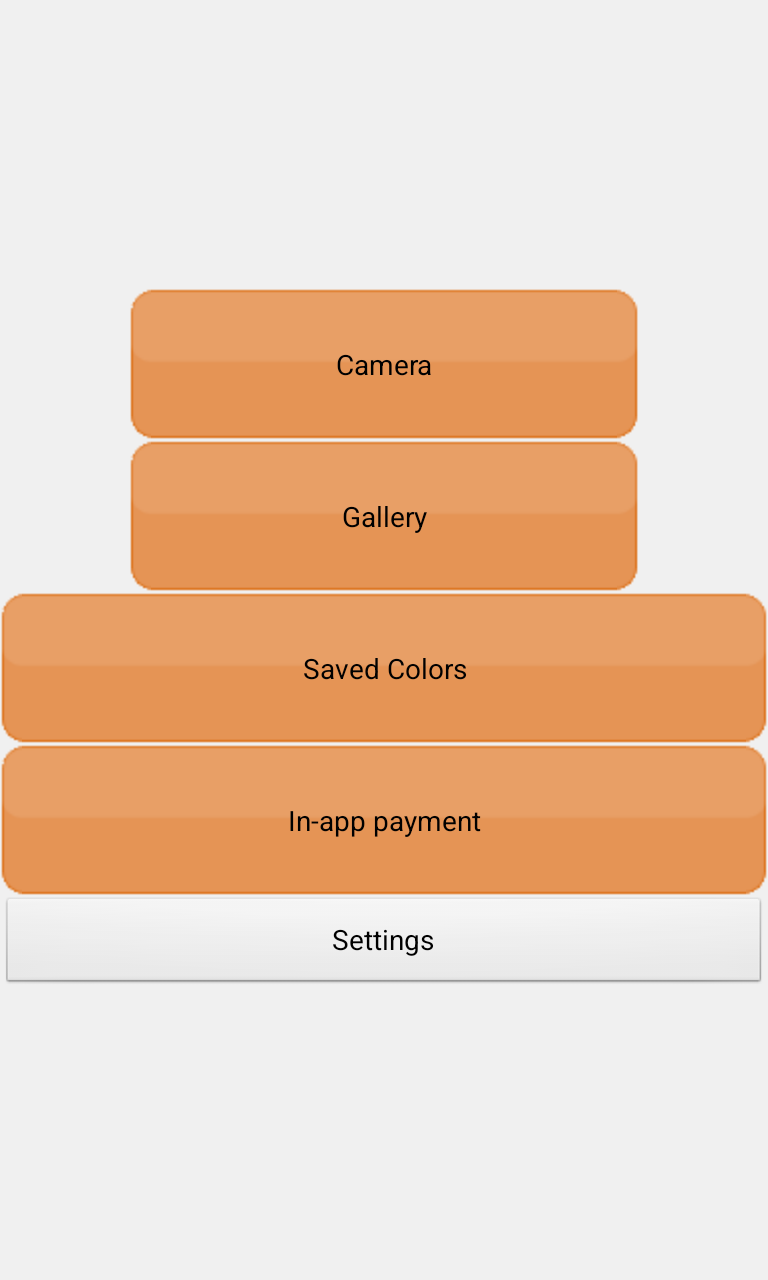
Repository: jwanglof/Rangi
Layout: client/Rangi/res/layout/mainmenu.xml
An editor plug-in stored every save of this project. The layout is shown before and after the next save, followed by the edit.
It is drawn on a 768 x 1280 px phone screen (xhdpi) without system bars, with theme android:Theme.NoTitleBar; the app's code is not run.

Above is the layout before, as saved 2012-11-01 14:27:19.

### client/Rangi/res/layout/mainmenu.xml
<?xml version="1.0" encoding="utf-8"?>
<LinearLayout xmlns:android="http://schemas.android.com/apk/res/android"
    android:layout_width="fill_parent"
    android:layout_height="fill_parent"
    android:background="#f0f0f0"
    android:gravity="center|center_vertical"
    android:orientation="vertical" >

    <Button
        android:id="@+id/camera_button"
        android:layout_width="255dp"
        android:layout_height="wrap_content"
        android:background="@drawable/button_background"
        android:gravity="center_vertical|center_horizontal|center"
        android:onClick="camera"
        android:text="@string/camera" />

    <Button
        android:id="@+id/gallery_button"
        android:layout_width="255dp"
        android:layout_height="wrap_content"
        android:background="@drawable/button_background"
        android:onClick="gallery"
        android:text="@string/gallery" />

    <Button
        android:id="@+id/saved_colors_button"
        android:layout_width="fill_parent"
        android:layout_height="wrap_content"
        android:onClick="saved_colors"
        android:text="@string/saved_colors"
        android:background="@drawable/button_background" />

    <Button
        android:id="@+id/in_app_button"
        android:layout_width="fill_parent"
        android:layout_height="wrap_content"
        android:onClick="in_app"
        android:text="@string/in_app_payment"
        android:background="@drawable/button_background" />

    <Button
        android:id="@+id/settings_button"
        android:layout_width="fill_parent"
        android:layout_height="wrap_content"
        android:onClick="settings"
        android:text="@string/settings" />

</LinearLayout>

### client/Rangi/res/values/strings.xml
<?xml version="1.0" encoding="utf-8"?>
<resources>
    <string name="camera_name">Rangi - Camera</string>
    <string name="app_name">Rangi</string>
    <string name="m_square_tool">Square</string>
    <string name="m_circle_tool">Circle</string>
    <string name="m_freehand_tool">Freehand</string>
    <string name="m_analyze_tool">Analyze</string>
    <string name="gallery">Gallery</string>
    <string name="saved_colors">Saved Colors</string>
    <string name="camera">Camera</string>
    <string name="in_app_payment">In-app payment</string>
    <string name="settings">Settings</string>

</resources>

After the next save:
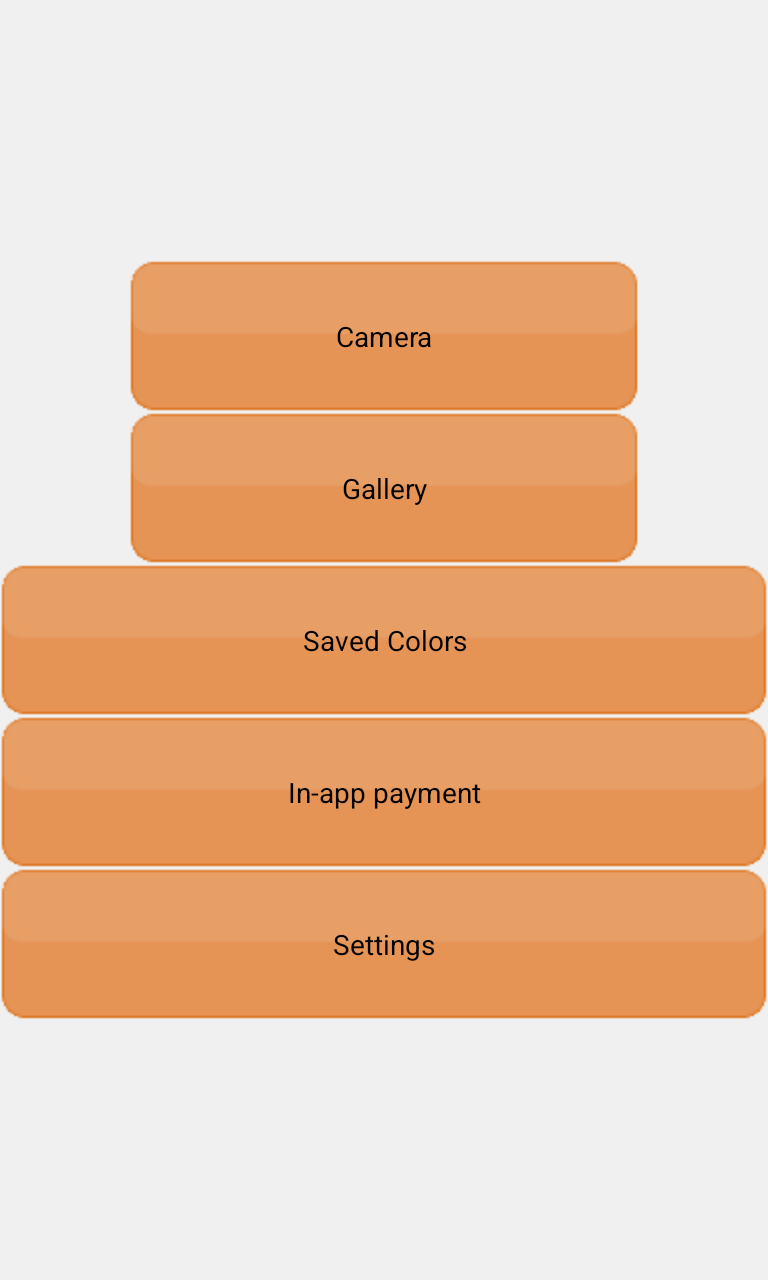
Saved 34 s later.
--- a/client/Rangi/res/layout/mainmenu.xml
+++ b/client/Rangi/res/layout/mainmenu.xml
@@ -44,6 +44,7 @@
         android:layout_width="fill_parent"
         android:layout_height="wrap_content"
         android:onClick="settings"
-        android:text="@string/settings" />
+        android:text="@string/settings"
+        android:background="@drawable/button_background" />
 
 </LinearLayout>
